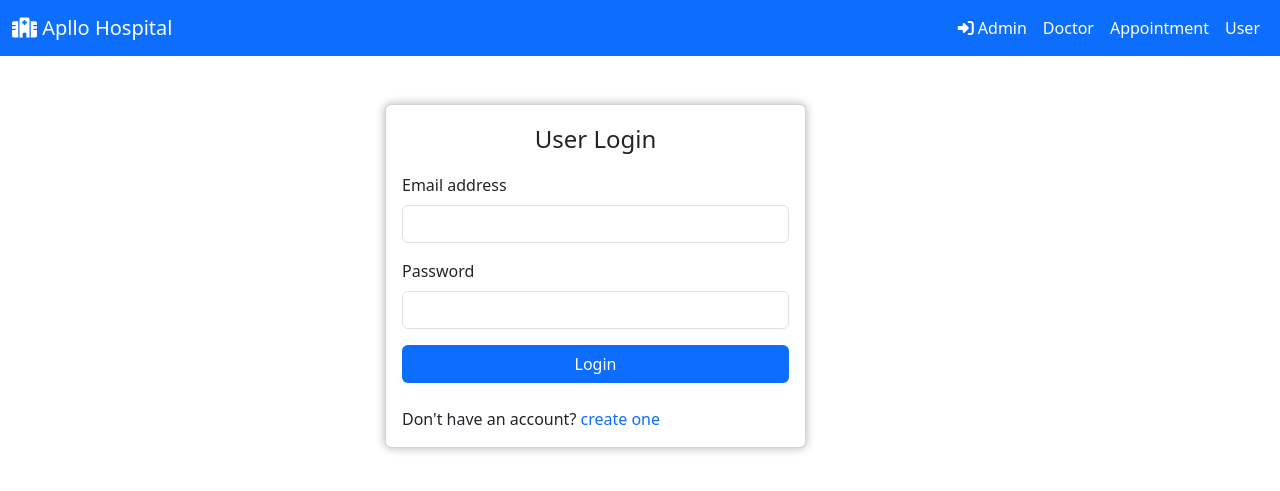
Repository: Subhadip09/Hospital-Management-System
Page: http://localhost/Hospital-Management-System/user_login.jsp
The author's editor kept a copy of each file at every save. The page is drawn from the files as they stood at one save, then again after the next save.
The browser window is 1280 px wide. The pictures show the whole page.
The page is served by Tomcat 9. Other server files are loaded and not shown.

Above is the page before, as saved 2024-04-06 05:32:54.

### Hospital-Management-System/src/main/webapp/user_login.jsp
<%@ page language="java" contentType="text/html; charset=UTF-8"
	pageEncoding="UTF-8"%>
<!DOCTYPE html>
<html>
<head>
<meta charset="UTF-8">
<title>User Login Page</title>
<%@include file="component/allcss.jsp"%>

<style type="text/css">
.paint-card {
	box-shadow: 0 0 10px 0 rgba(0, 0, 0, 0.3);
}
</style>

</head>
<body>
	<%@include file="component/navbar.jsp"%>

	<div class="container p-5">
		<div class="row">
			<div class="col-md-5 offset-md-3">
				<div class="card paint-card">
					<div class="card-body">
						<p class="fs-4 text-center">User Login</p>

						<form action="#" method="post">
							<div class="mb-3">
								<label class="form-label">Email address</label> <input required
									name="email" type="email" class="form-control">
							</div>

							<div class="mb-3">
								<label class="form-label">Password</label> <input required
									name="password" type="password" class="form-control">
							</div>

							<button type="submit" class="btn bg-primary text-white col-md-12">Login</button>
						</form>

						<br>
						Don't have an account?
						<a href="signup.jsp" class="text-decoration-none">create one</a>

					</div>
				</div>
			</div>
		</div>
	</div>

</body>
</html>

### Hospital-Management-System/src/main/webapp/component/allcss.jsp
<link
	href="https://cdn.jsdelivr.net/npm/bootstrap@5.3.3/dist/css/bootstrap.min.css"
	rel="stylesheet"
	integrity="sha384-QWTKZyjpPEjISv5WaRU9OFeRpok6YctnYmDr5pNlyT2bRjXh0JMhjY6hW+ALEwIH"
	crossorigin="anonymous">

<link rel="stylesheet"
	href="https://cdnjs.cloudflare.com/ajax/libs/font-awesome/6.5.2/css/all.min.css"
	integrity="sha512-SnH5WK+bZxgPHs44uWIX+LLJAJ9/2PkPKZ5QiAj6Ta86w+fsb2TkcmfRyVX3pBnMFcV7oQPJkl9QevSCWr3W6A=="
	crossorigin="anonymous" referrerpolicy="no-referrer" />

<script
	src="https://cdn.jsdelivr.net/npm/bootstrap@5.3.3/dist/js/bootstrap.bundle.min.js"
	integrity="sha384-YvpcrYf0tY3lHB60NNkmXc5s9fDVZLESaAA55NDzOxhy9GkcIdslK1eN7N6jIeHz"
	crossorigin="anonymous"></script>

### Hospital-Management-System/src/main/webapp/component/navbar.jsp
<nav class="navbar navbar-expand-lg navbar-dark bg-primary">
	<div class="container-fluid">
		<a class="navbar-brand" href="index.jsp"><i class="fa-solid fa-hospital"></i> Apllo Hospital</a>
		<button class="navbar-toggler" type="button" data-bs-toggle="collapse"
			data-bs-target="#navbarSupportedContent"
			aria-controls="navbarSupportedContent" aria-expanded="false"
			aria-label="Toggle navigation">
			<span class="navbar-toggler-icon"></span>
		</button>
		<div class="collapse navbar-collapse" id="navbarSupportedContent">
			<ul class="navbar-nav ms-auto mb-2 mb-lg-0">

				<li class="nav-item"><a class="nav-link active"
					aria-current="page" href="admin_login.jsp"><i class="fa-solid fa-right-to-bracket"></i> Admin</a></li>

				<li class="nav-item"><a class="nav-link active"
					aria-current="page" href="doctor_login.jsp">Doctor</a></li>

				<li class="nav-item"><a class="nav-link active"
					aria-current="page" href="#">Appointment</a></li>

				<li class="nav-item"><a class="nav-link active"
					aria-current="page" href="user_login.jsp">User</a></li>


				<!-- <li class="nav-item dropdown"><a
					class="nav-link dropdown-toggle" href="#" role="button"
					data-bs-toggle="dropdown" aria-expanded="false"> Dropdown </a>
					<ul class="dropdown-menu">
						<li><a class="dropdown-item" href="#">Action</a></li>
						<li><a class="dropdown-item" href="#">Another action</a></li>
						<li><hr class="dropdown-divider"></li>
						<li><a class="dropdown-item" href="#">Something else here</a></li>
					</ul></li> -->


			</ul>
		</div>
	</div>
</nav>

After the next save:
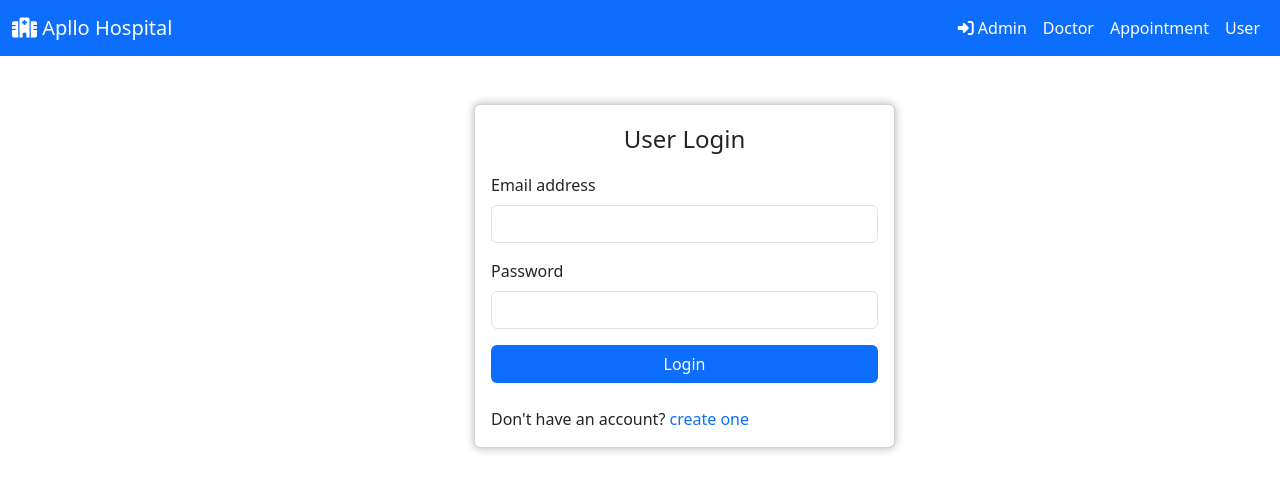
Saved 13 s later.
--- a/Hospital-Management-System/src/main/webapp/user_login.jsp
+++ b/Hospital-Management-System/src/main/webapp/user_login.jsp
@@ -19,7 +19,7 @@
 
 	<div class="container p-5">
 		<div class="row">
-			<div class="col-md-5 offset-md-3">
+			<div class="col-md-5 offset-md-4">
 				<div class="card paint-card">
 					<div class="card-body">
 						<p class="fs-4 text-center">User Login</p>
